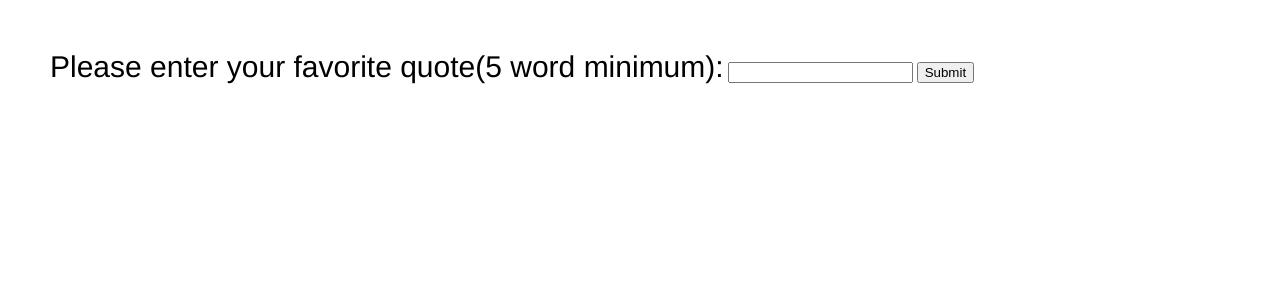
Repository: lilliebee/COSW30
Page: homework/homework4/quote.html
The author's editor kept a record of every edit. The page is drawn from the files as they stood at one moment, then again after the next edit.
The browser window is 1280 px wide. The pictures show the whole page.

Above is the page before.

### homework/homework4/quote.html
<html>
    <head>
        <style type="text/css">
            body {
                margin:50px;
            }
            label {
                font-size:30px;
                text-align:center;
                font-family: Helvetica;
            }
        </style>
    </head>
<body>

<form action="quote_process.php" method="post">
<label>Please enter your favorite quote(5 word minimum):</label>
<input type="text" quote="quote">

<button name="submit">Submit</button>
</form>

</body>
</html>

After the next edit:
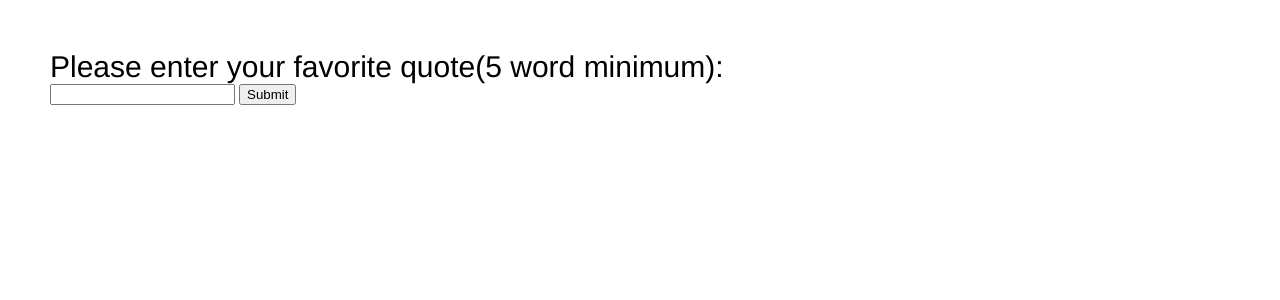
The edit:
--- a/homework/homework4/quote.html
+++ b/homework/homework4/quote.html
@@ -14,7 +14,7 @@
 <body>
 
 <form action="quote_process.php" method="post">
-<label>Please enter your favorite quote(5 word minimum):</label>
+<label>Please enter your favorite quote(5 word minimum):</label><br>
 <input type="text" quote="quote">
 
 <button name="submit">Submit</button>
